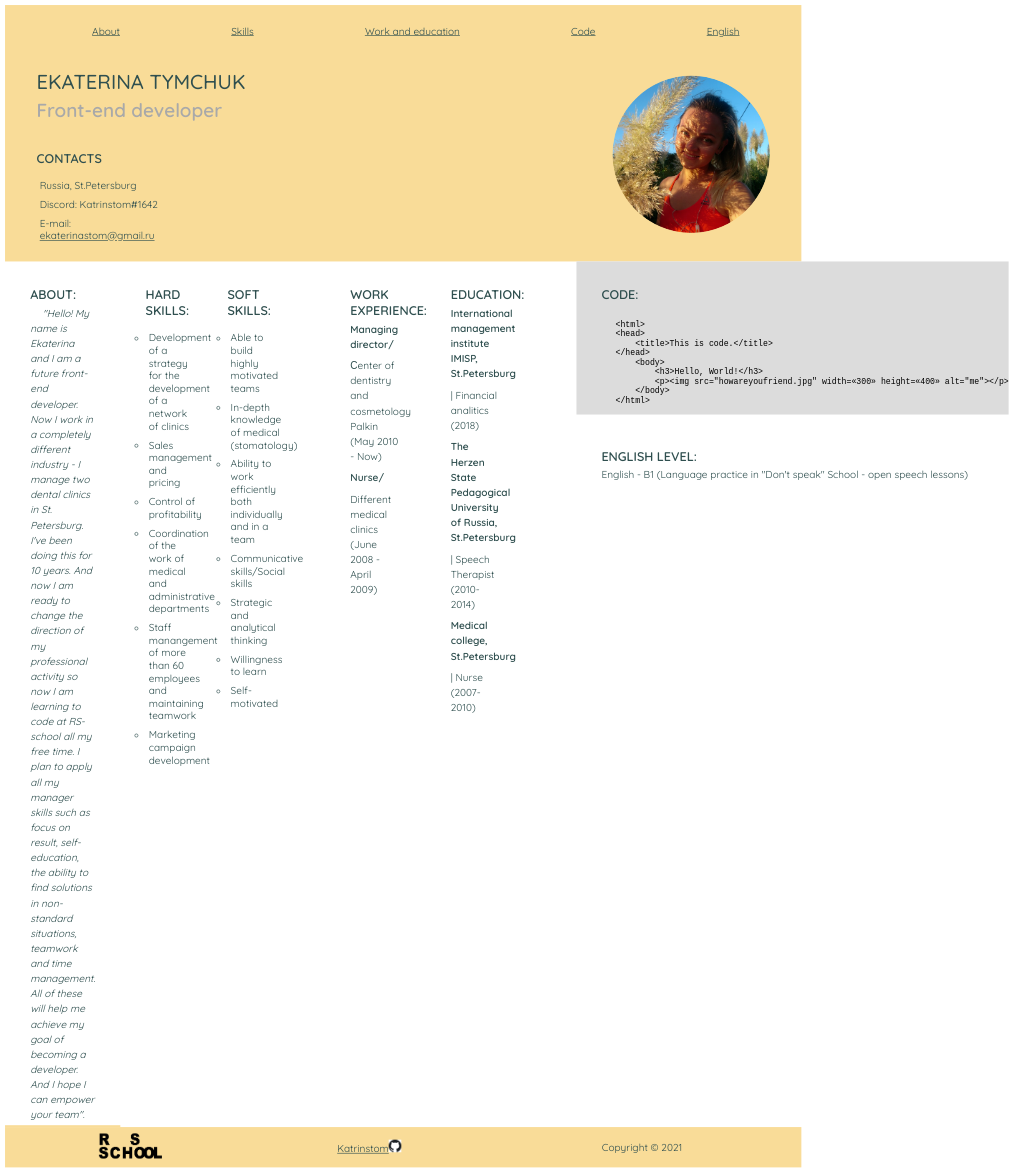
Repository: Katrinstom/rsschool-cv
Page: index.html
These files come from the project's save history. The page is drawn as it stood at one moment and after the next save; the edit follows.
The browser window is 1280 px wide. The page is 1603 px wide, then 1280 px, so the pictures cover 1603 px, including what lies to the right of the window. The pictures show the whole page, at 63% of full size.

Above is the page before, as saved 2022-01-02 22:09:23.

After the next save:
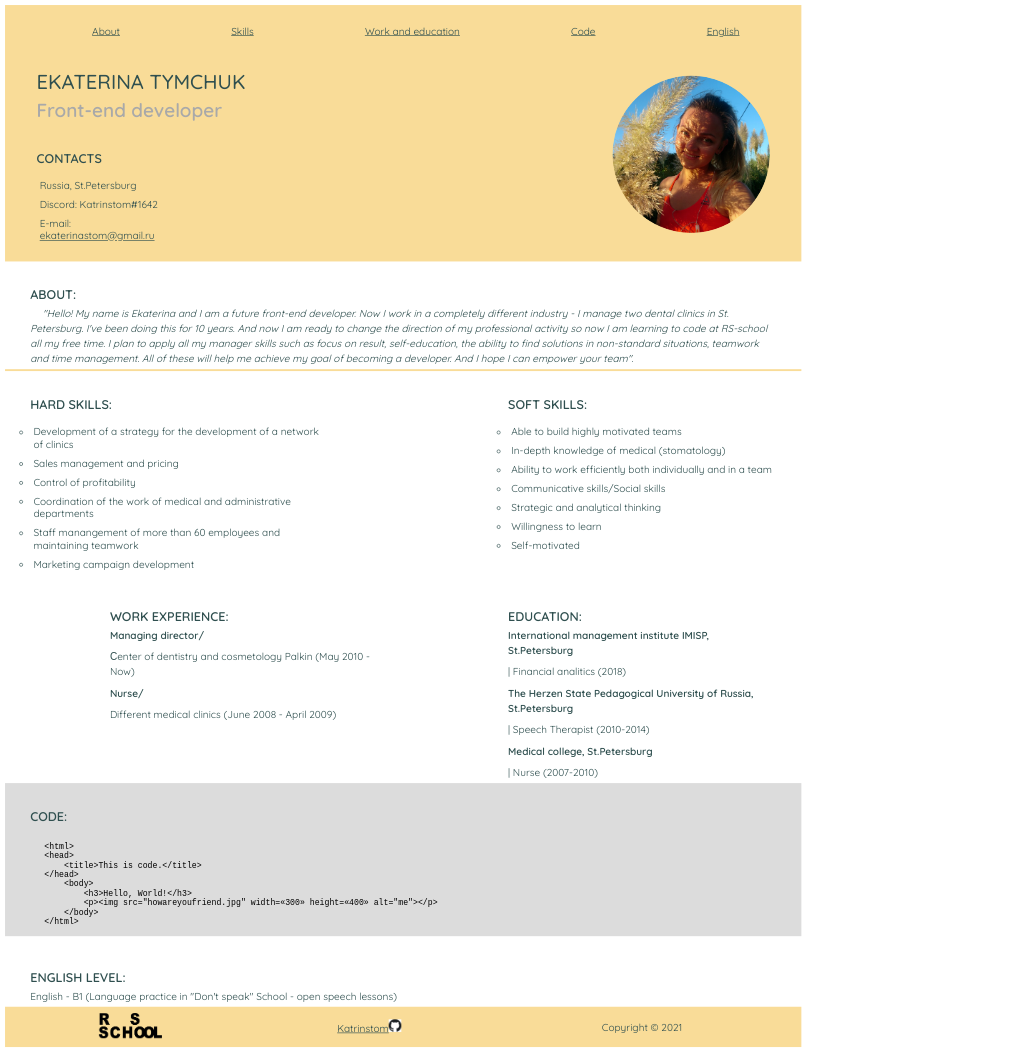
Saved 36 s later.
--- a/style.css
+++ b/style.css
@@ -4,6 +4,7 @@ html {
 .section {
     max-width: 1280px;
     margin: 0 auto;
+    flex-direction: column;
 }
 main {
     display: flex;
@@ -102,6 +103,7 @@ li {
 .conteiner {
     display: flex;
     flex-direction: row;
+    justify-content: space-between;
 }
 .skills {
     text-align: left;
